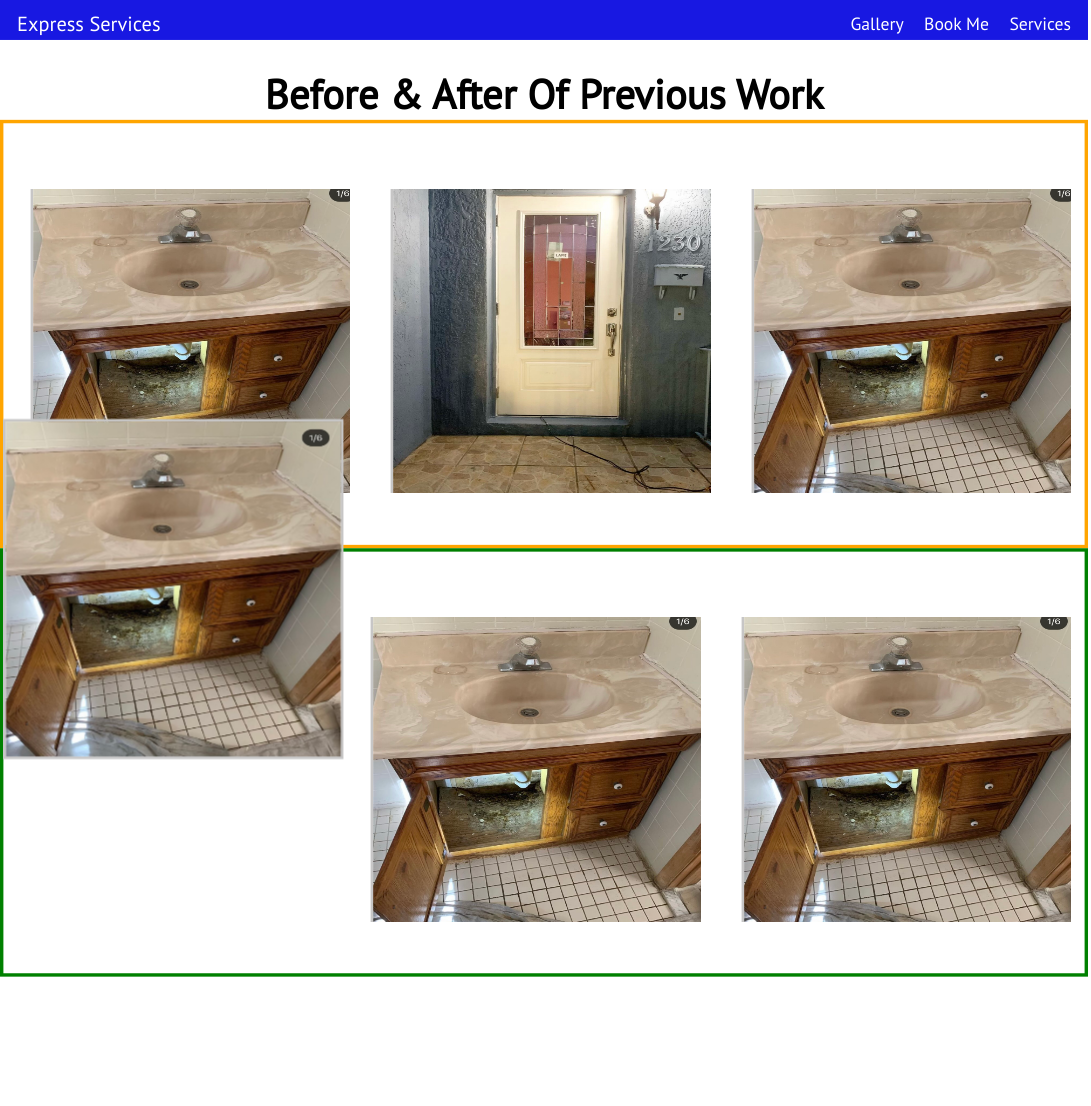
Repository: DrummerDee/mir-miami
Page: /Gallery (app in mr-miami/)
These files come from the project's save history. The page is drawn as it stood at one moment and after the next save; the edit follows.
The browser window is 1280 px wide. The page is 1284 px wide, so the pictures cover 1284 px, including what lies to the right of the window. The pictures show the whole page, at 85% of full size.
The project was rebuilt for these pictures with package versions that can differ from the ones it lists, and the page was loaded fresh each time. Also part of the build but not shown: mr-miami/src/Styles/Services.css, mr-miami/src/Components/Services.js, mr-miami/src/Components/Homepage.js, mr-miami/src/Styles/Calendar.css, mr-miami/src/Styles/Times.css, mr-miami/src/Components/Times.js, mr-miami/src/Components/Time.js, mr-miami/src/Components/BookMe.js.

Above is the page before, as saved 2022-09-09 13:50:19.

### mr-miami/public/index.html
<!DOCTYPE html>
<html lang="en">
  <head>
    <meta charset="utf-8" />
    <link rel="icon" href="%PUBLIC_URL%/favicon.ico" />
    <meta name="viewport" content="width=device-width, initial-scale=1" />
    <meta name="theme-color" content="#000000" />
    <meta
      name="description"
      content="Web site created using create-react-app"
    />
    <link rel="apple-touch-icon" href="%PUBLIC_URL%/logo192.png" />
    <!--
      manifest.json provides metadata used when your web app is installed on a
      user's mobile device or desktop. See https://developers.google.com/web/fundamentals/web-app-manifest/
    -->
    <link rel="manifest" href="%PUBLIC_URL%/manifest.json" />
    <!--
      Notice the use of %PUBLIC_URL% in the tags above.
      It will be replaced with the URL of the `public` folder during the build.
      Only files inside the `public` folder can be referenced from the HTML.

      Unlike "/favicon.ico" or "favicon.ico", "%PUBLIC_URL%/favicon.ico" will
      work correctly both with client-side routing and a non-root public URL.
      Learn how to configure a non-root public URL by running `npm run build`.
    -->
    <title>Exotic Express Services</title>
  </head>
  <body>
    <noscript>You need to enable JavaScript to run this app.</noscript>
    <div id="root"></div>
    <!--
      This HTML file is a template.
      If you open it directly in the browser, you will see an empty page.

      You can add webfonts, meta tags, or analytics to this file.
      The build step will place the bundled scripts into the <body> tag.

      To begin the development, run `npm start` or `yarn start`.
      To create a production bundle, use `npm run build` or `yarn build`.
    -->
  </body>
</html>

### mr-miami/src/App.js
import './Styles/App.css';
import { BrowserRouter as Router, Routes, Route } from "react-router-dom";
import Navbar from "./Components/Navbar";
import Services from "./Components/Services";
import Homepage from "./Components/Homepage";
import Gallery from "./Components/Gallery";
import BookMe from "./Components/BookMe";




function App() {
  return (
    <Router>
      <Navbar />
      <Routes>
        <Route path="/" element={<Homepage />} />
        <Route path="/Gallery" element={<Gallery />} />
        <Route path="/Services" element={<Services />} />
        <Route path="/BookMe" element={<BookMe />} />
      </Routes>
    </Router>
  );
}

export default App;

### mr-miami/src/Styles/App.css
@import url('https://fonts.googleapis.com/css2?family=IBM+Plex+Sans:wght@300&family=PT+Sans&display=swap');
* {
  box-sizing: border-box;
  margin: 0;
  padding: 0;
  font-family: 'PT Sans','IBM Plex Sans', sans-serif;
}

/* Gallery Page */
.gallery__body > h1 {
  font-size: 3rem;
  text-align: center;
  margin-top: 2rem;
}

.wrapper {
  display: flex;
  justify-content: center;
  align-items: center;
  border: 0.3rem solid orange;
  height: 70vh;
}
.containers{
  width: 100%;
  display: flex;
  flex-direction: column;
  height: 72%;
  overflow: hidden;
  gap: 0.5rem;
  padding: 1rem 0 0 1rem;
  margin: 1rem 1rem 0 1rem;
  overflow: auto;
  justify-content: center;
}

img{
  transition: all linear 0.6s;
  border: 0.2rem solid rgb(199, 198, 198);
}
.bottom{
  position:absolute;
  top: 0;
  opacity: 0;
  margin-top: 16.5rem;
}
.containers:hover img{
  opacity: 0;
  cursor: pointer;
}
.containers:hover img.bottom{
  opacity: 1;
}
.wrapper__two {
  display: flex;
  justify-content: center;
  align-items: center;
  border: 0.3rem solid green;
  height: 70vh;
}
.containers{
  width: 100%;
  display: flex;
  flex-direction: column;
  height: 72%;
  overflow: hidden;
  gap: 0.5rem;
  padding: 1rem 0 0 1rem;
  margin: 1rem 1rem 0 1rem;
  overflow: auto;
  justify-content: center;
}

### mr-miami/src/Components/Navbar.js
import {Link } from 'react-router-dom'; //put this on every single routing page


// This isn't a homepage, just functionality for Navbar in the homepage
const Navbar = () => {
  return (
      <nav className="nav">
        <Link className="Home" to="/"> Express Services </Link>
        <ul>
          <li><Link to="/Gallery">Gallery</Link></li>
          <li><Link to="/BookMe">Book Me</Link></li>
          <li><Link to="/Services">Services</Link></li>
        </ul>
      </nav>
  );
}
export default Navbar;

### mr-miami/src/Components/Gallery.js
import React from "react";
import { LazyLoadImage } from 'react-lazy-load-image-component';
import sinkbefore from '../Assets/sinkbefore.jpeg';
import sinkafter from '../Assets/sinkafter.jpeg';
import doorbefore from '../Assets/Doorbefore.jpeg';
import doorafter from '../Assets/Doorafter.jpeg';
// import pavementbefore from '../Assets/pavementbefore.jpeg';
import pavementafter from '../Assets/pavementafter.jpeg';
import roofafter from '../Assets/roofafter.jpeg';
import roofbefore from '../Assets/roofbefore.jpeg';



function Gallery() {
    return (
        <>
            <main className='gallery__body'>
                <h1> Before & After Of Previous Work </h1>
                <section className='wrapper'>
                    <div className="containers">
                        <LazyLoadImage
                            src={sinkbefore}
                            width={400}
                            height={400}
                            effect='blur'
                            alt='broken sink'
                            className="top"
                        />
                        <LazyLoadImage
                            src={sinkafter}
                            width={400}
                            height={400}
                            effect='blur'
                            alt='broken sink'
                            className="bottom"
                        />
                    </div>
                    <div className="containers">
                        <LazyLoadImage
                            src={doorbefore}
                            width={400}
                            height={400}
                            effect='blur'
                            alt='broken sink'
                            className="top"
                        />
                        <LazyLoadImage
                            src={doorafter}
                            width={400}
                            height={400}
                            effect='blur'
                            alt='broken sink'
                            className="bottom"
                        />
                    </div>
                    <div className="containers">
                        <LazyLoadImage
                            src={sinkbefore}
                            width={400}
                            height={400}
                            effect='blur'
                            alt='broken sink'
                            className="top"
                        />
                        <LazyLoadImage
                            src={sinkafter}
                            width={400}
                            height={400}
                            effect='blur'
                            alt='broken sink'
                            className="bottom"
                        />
                    </div>
                </section>
                <section className='wrapper__two'>
                    <div className="containers__two">
                        <LazyLoadImage
                            src={sinkbefore}
                            width={400}
                            height={400}
                            effect='blur'
                            alt='broken sink'
                            className="top"
                        />
                        <LazyLoadImage
                            src={sinkafter}
                            width={400}
                            height={400}
                            effect='blur'
                            alt='broken sink'
                            className="bottom"
                        />
                    </div>
                    <div className="containers">
                        <LazyLoadImage
                            src={sinkbefore}
                            width={400}
                            height={400}
                            effect='blur'
                            alt='broken sink'
                            className="top"
                        />
                        <LazyLoadImage
                            src={sinkafter}
                            width={400}
                            height={400}
                            effect='blur'
                            alt='broken sink'
                            className="bottom"
                        />
                    </div>
                    <div className="containers">
                        <LazyLoadImage
                            src={sinkbefore}
                            width={400}
                            height={400}
                            effect='blur'
                            alt='broken sink'
                            className="top"
                        />
                        <LazyLoadImage
                            src={sinkafter}
                            width={400}
                            height={400}
                            effect='blur'
                            alt='broken sink'
                            className="bottom"
                        />
                    </div>
                </section>
            </main>

        </>
    );
}










export default Gallery

### mr-miami/src/Styles/Homepage.css
* {
  box-sizing: border-box;
  margin: 0;
  padding: 0;
}

.homeBody {
  position: relative;
  height: 95vh;
  overflow: hidden;
}

.nav {
  background-color: rgb(24, 24, 226);
  color: white;
  display: flex;
  justify-content: space-between;
  align-items: stretch;
  gap: 2rem;
  padding: 0 1rem;
  padding-top: 0.5rem;
  font-size: 1.3rem;
}

.nav ul {
  padding: 0%;
  margin: 0;
  list-style: none;
  display: flex;
  gap: 1rem;
}

.Home {
  font-size: 1.5rem;
}

.nav a {
  display: flex;
  align-items: center;
  color: inherit;
  text-decoration: none;
  height: 100%;
  padding: 0.25rem;
}

.nav li:hover {
  border-top: white 0.2rem solid;
  transition: all 0.3s ease-out;
  padding: 0.25rem;
}

.home {
  display: flex;
  flex-direction: column;
  justify-content: center;
  align-items: center;
}

.homeBody .text {
  background-image: url('../Assets/background.png');
  background-repeat: no-repeat;
  background-size: cover;
  height: 100vh;
  color: white;
  display: flex;
  flex-direction: column;
  align-items: center;
  font-weight: 300;
}

.homeBody .text .homeMainText {
  color: white;
  border-top: 0.4rem solid black;
  border-bottom: 0.4rem solid black;
  font-size: 5rem;
  padding: 0.5rem 0 0.5rem 0;
  margin-top: 6.5rem;
}

.homeBody .text>h3 {
  font-size: 1.2rem;
  padding-top: 2rem;
}

.homeBody .text>h4 {
  font-size: 1.5rem;
  margin: 0;
}

.homeBody .text>p {
  margin-top: 15rem;
  font-size: 1.5rem;
  font-weight: 600;
}

Loaded but not shown: mr-miami/src/index.js (common file); mr-miami/src/reportWebVitals.js (common file)

After the next save:
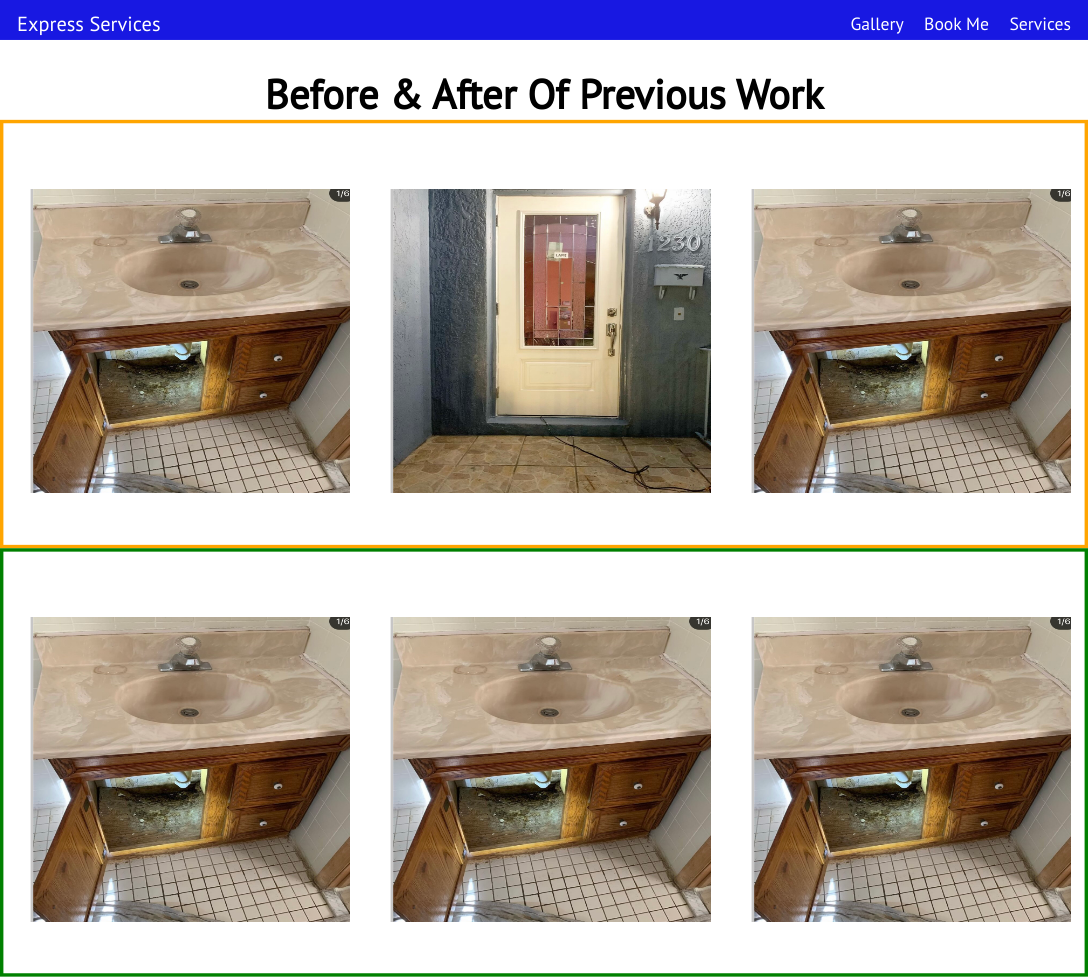
Saved 4 s later.
--- a/mr-miami/src/Styles/App.css
+++ b/mr-miami/src/Styles/App.css
@@ -57,7 +57,7 @@ img{
   border: 0.3rem solid green;
   height: 70vh;
 }
-.containers{
+.containers__two{
   width: 100%;
   display: flex;
   flex-direction: column;
